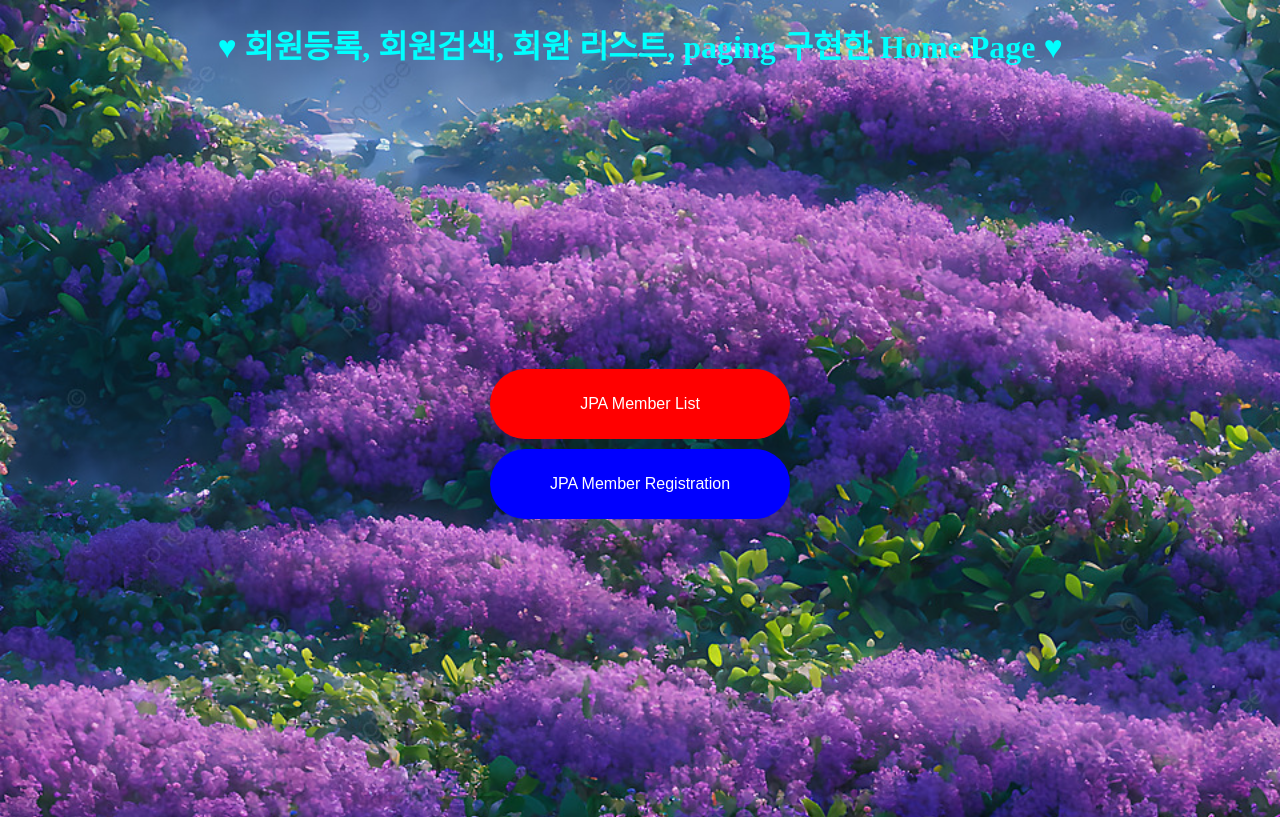
Repository: leejinwon-bite/Gseek-jpa-education
Page: http://localhost/thymeleaf/index
The author's editor kept a copy of each file at every save. The page is drawn from the files as they stood at one save, then again after the next save.
The browser window is 1280 px wide. The pictures show the whole page.
The page is this project's Thymeleaf template; nobody is signed in. The template is opened directly, without the code that normally fills it, so the values that code supplies are empty.

Above is the page before, as saved 2025-02-17 23:16:38.

### jpamember/src/main/resources/templates/thymeleaf/index.html
<!DOCTYPE html>
<html>
<head>
<meta charset="UTF-8">
<title>Insert title here</title>

<style>

 body {
	background: url("./images/purple-flowers.jpg");
	background-size: cover;



 }

 div {
 	display: flex;
 	flex-direction: column;
	justify-content: center;
 	align-items: center;
 	min-height:100vh;
 }


  div > button {
    width: 300px;
    height: 70px;
    background: red;
    color: white;
    border: none;
    padding: 20px 40px;
    border-radius: 100px;
    font-size: 1em;
    cursor: pointer;
    margin-bottom: 10px;

  }

  div > button:nth-child(2) {
    background: blue;
  }

  h1{
  	text-align: center;
  	color: aqua;
  }
</style>

</head>
<body>

  <h1> ♥ 회원등록, 회원검색, 회원 리스트, paging 구현한 Home Page ♥ </h1>


  <div>
    <!-- <button th:onclick="'location.href=\'' + @{jpa/memberList(page=0, size=#{paging.size} )} + '\';'"> -->

    <button th:href="@{jpa/memberList(page=0, size=20)}">
    JPA Member List</button>
    <button onClick="location.href='/jpa/memberWriteForm';">JPA Member Registration</button>
  </div>
</body>
</html>

### jpamember/src/main/resources/messages.properties
# count of record per 1 page.
paging.size = 3

After the next save:
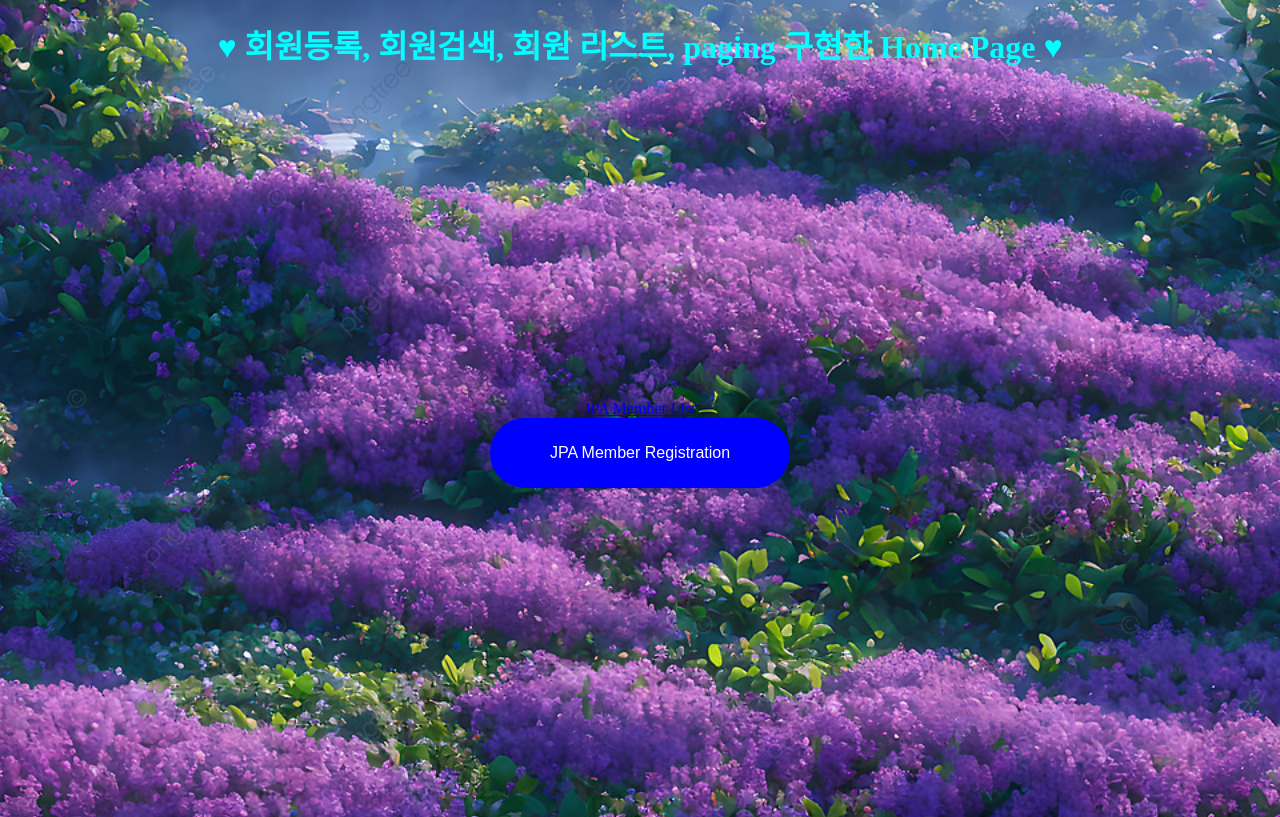
Saved 2 min 14 s later.
--- a/jpamember/src/main/resources/templates/thymeleaf/index.html
+++ b/jpamember/src/main/resources/templates/thymeleaf/index.html
@@ -56,8 +56,8 @@
   <div>
     <!-- <button th:onclick="'location.href=\'' + @{jpa/memberList(page=0, size=#{paging.size} )} + '\';'"> -->
 
-    <button th:href="@{jpa/memberList(page=0, size=20)}">
-    JPA Member List</button>
+    <a th:href="@{jpa/memberList(page=0, size=20)}">
+    JPA Member List</a>
     <button onClick="location.href='/jpa/memberWriteForm';">JPA Member Registration</button>
   </div>
 </body>
